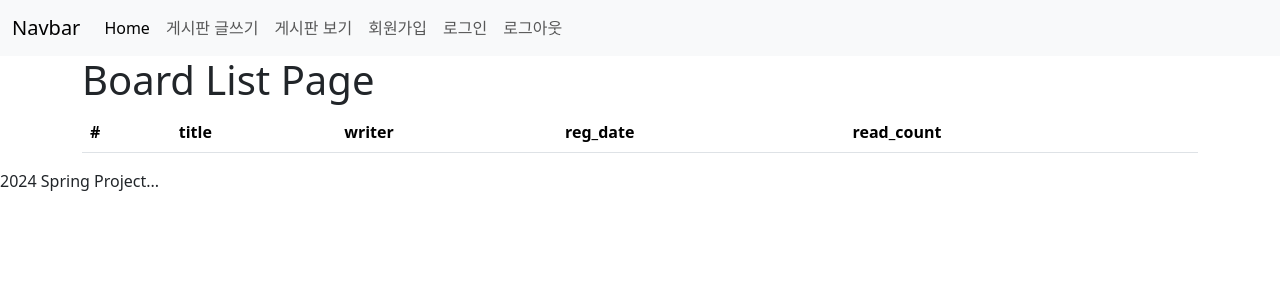
Repository: leegangjin/springTest240430
Page: http://localhost/spring_study/WEB-INF/views/board/list.jsp
An editor plug-in stored every save of this project. The page is shown before and after the next save, followed by the edit.
The browser window is 1280 px wide. The pictures show the whole page.
The page is served by Tomcat 9. Nobody is signed in. The template is opened directly, without the code that normally fills it, so the values that code supplies are empty.

Above is the page before, as saved 2024-04-24 08:08:23.

### spring_study/src/main/webapp/WEB-INF/views/board/list.jsp
<%@ page language="java" contentType="text/html; charset=UTF-8"
	pageEncoding="UTF-8"%>
<%@ taglib uri="http://java.sun.com/jsp/jstl/core" prefix="c" %>
<jsp:include page="../layout/header.jsp" />
<div class="container-md">
	<h1>Board List Page</h1>
	<!-- 검색라인 -->
	<table class="table table-hover">
		<thead>
			<tr>
				<th>#</th>
				<th>title</th>
				<th>writer</th>
				<th>reg_date</th>
				<th>read_count</th>
			</tr>
		</thead>
		<tbody>

		<c:forEach items="${list }" var="li">
		<tr>
		<td>${li.bno }</td>
		<td> <a href="/board/detail?bno=${li.bno }">${li.title }</a></td>
		<td>${li.writer }</td>
		<td>${li.reg_date }</td>
		<td>${li.read_count }</td>
		</tr>
		</c:forEach>



		</tbody>
	</table>

	<!-- 페이지네이션라인 -->
</div>
<jsp:include page="../layout/footer.jsp" />

### spring_study/src/main/webapp/WEB-INF/views/layout/header.jsp
<%@ page language="java" contentType="text/html; charset=UTF-8"
    pageEncoding="UTF-8"%>
<!DOCTYPE html>
<html>
<head>
<meta charset="UTF-8">
<title>header.jsp</title>
</head>
<link href="https://cdn.jsdelivr.net/npm/bootstrap@5.3.3/dist/css/bootstrap.min.css" rel="stylesheet" integrity="sha384-QWTKZyjpPEjISv5WaRU9OFeRpok6YctnYmDr5pNlyT2bRjXh0JMhjY6hW+ALEwIH" crossorigin="anonymous">
<script src="https://cdn.jsdelivr.net/npm/bootstrap@5.3.3/dist/js/bootstrap.bundle.min.js" integrity="sha384-YvpcrYf0tY3lHB60NNkmXc5s9fDVZLESaAA55NDzOxhy9GkcIdslK1eN7N6jIeHz" crossorigin="anonymous"></script>
<body>
<nav class="navbar navbar-expand-lg bg-body-tertiary">
  <div class="container-fluid">
    <a class="navbar-brand" href="#">Navbar</a>
    <button class="navbar-toggler" type="button" data-bs-toggle="collapse" data-bs-target="#navbarSupportedContent" aria-controls="navbarSupportedContent" aria-expanded="false" aria-label="Toggle navigation">
      <span class="navbar-toggler-icon"></span>
    </button>
    <div class="collapse navbar-collapse" id="navbarSupportedContent">
      <ul class="navbar-nav me-auto mb-2 mb-lg-0">
        <li class="nav-item">
          <a class="nav-link active" aria-current="page" href="#">Home</a>
        </li>
        <li class="nav-item">
          <a class="nav-link" href="/board/register">게시판 글쓰기</a>
        </li>
        <li class="nav-item">
          <a class="nav-link" href="/board/list">게시판 보기</a>
        </li>
        <li class="nav-item">
          <a class="nav-link" href="#">회원가입</a>
        </li>
        <li class="nav-item">
          <a class="nav-link" href="#">로그인</a>
        </li>
        <li class="nav-item">
          <a class="nav-link" href="#">로그아웃</a>
        </li>
        </ul>
    </div>
  </div>
</nav>

### spring_study/src/main/webapp/WEB-INF/views/layout/footer.jsp
<%@ page language="java" contentType="text/html; charset=UTF-8"
	pageEncoding="UTF-8"%>
<!DOCTYPE html>
<html>
<head>
<meta charset="UTF-8">



<div class="mb-3" >2024 Spring Project...</div>
</body>
</html>

After the next save:
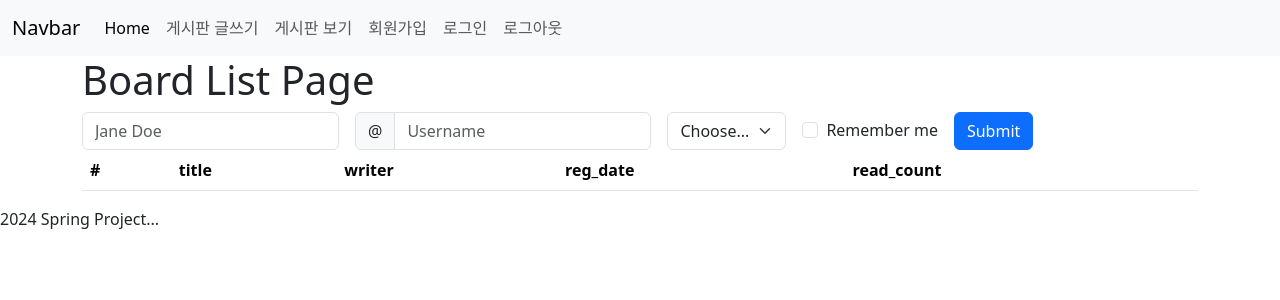
Saved 98 s later.
--- a/spring_study/src/main/webapp/WEB-INF/views/board/list.jsp
+++ b/spring_study/src/main/webapp/WEB-INF/views/board/list.jsp
@@ -5,6 +5,39 @@
 <div class="container-md">
 	<h1>Board List Page</h1>
 	<!-- 검색라인 -->
+	<form class="row gy-2 gx-3 align-items-center">
+  <div class="col-auto">
+    <label class="visually-hidden" for="autoSizingInput">Name</label>
+    <input type="text" class="form-control" id="autoSizingInput" placeholder="Jane Doe">
+  </div>
+  <div class="col-auto">
+    <label class="visually-hidden" for="autoSizingInputGroup">Username</label>
+    <div class="input-group">
+      <div class="input-group-text">@</div>
+      <input type="text" class="form-control" id="autoSizingInputGroup" placeholder="Username">
+    </div>
+  </div>
+  <div class="col-auto">
+    <label class="visually-hidden" for="autoSizingSelect">Preference</label>
+    <select class="form-select" id="autoSizingSelect">
+      <option selected>Choose...</option>
+      <option value="1">One</option>
+      <option value="2">Two</option>
+      <option value="3">Three</option>
+    </select>
+  </div>
+  <div class="col-auto">
+    <div class="form-check">
+      <input class="form-check-input" type="checkbox" id="autoSizingCheck">
+      <label class="form-check-label" for="autoSizingCheck">
+        Remember me
+      </label>
+    </div>
+  </div>
+  <div class="col-auto">
+    <button type="submit" class="btn btn-primary">Submit</button>
+  </div>
+</form>
 	<table class="table table-hover">
 		<thead>
 			<tr>
